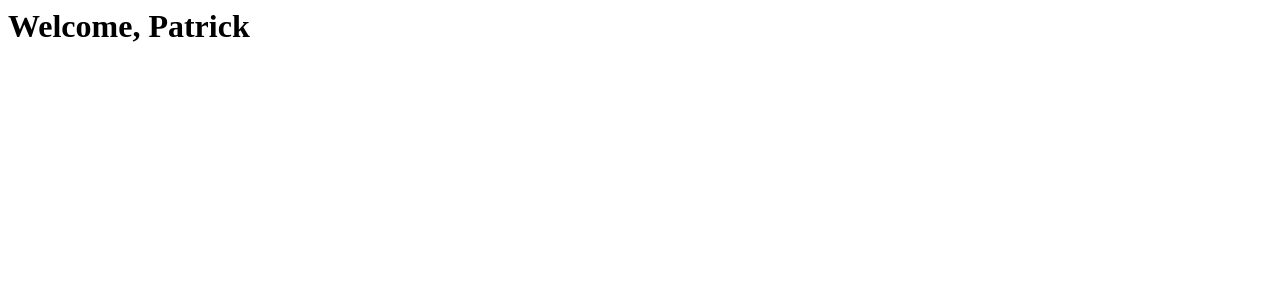
Repository: collyrium921/myproject
Page: http://localhost/
The author's editor kept a copy of each file at every save. The page is drawn from the files as they stood at one save, then again after the next save.
The browser window is 1280 px wide. The pictures show the whole page.
The page is served by the project's application, run on Django 4.2 (manage.py).

Above is the page before, as saved 2022-12-01 15:29:02.

After the next save:
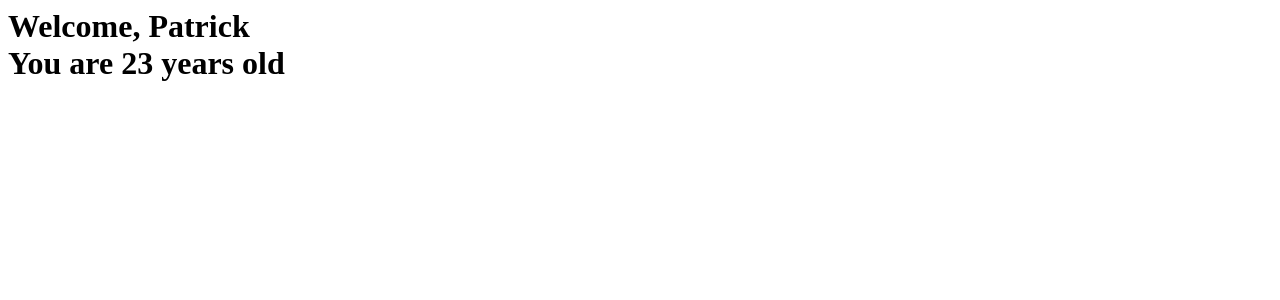
Saved 14 s later.
--- a/templates/index.html
+++ b/templates/index.html
@@ -1,3 +1,3 @@
 <h1>
-   Welcome, {{name}}
+   Welcome, {{name}}<br> You are {{age}} years old
 </h1>
